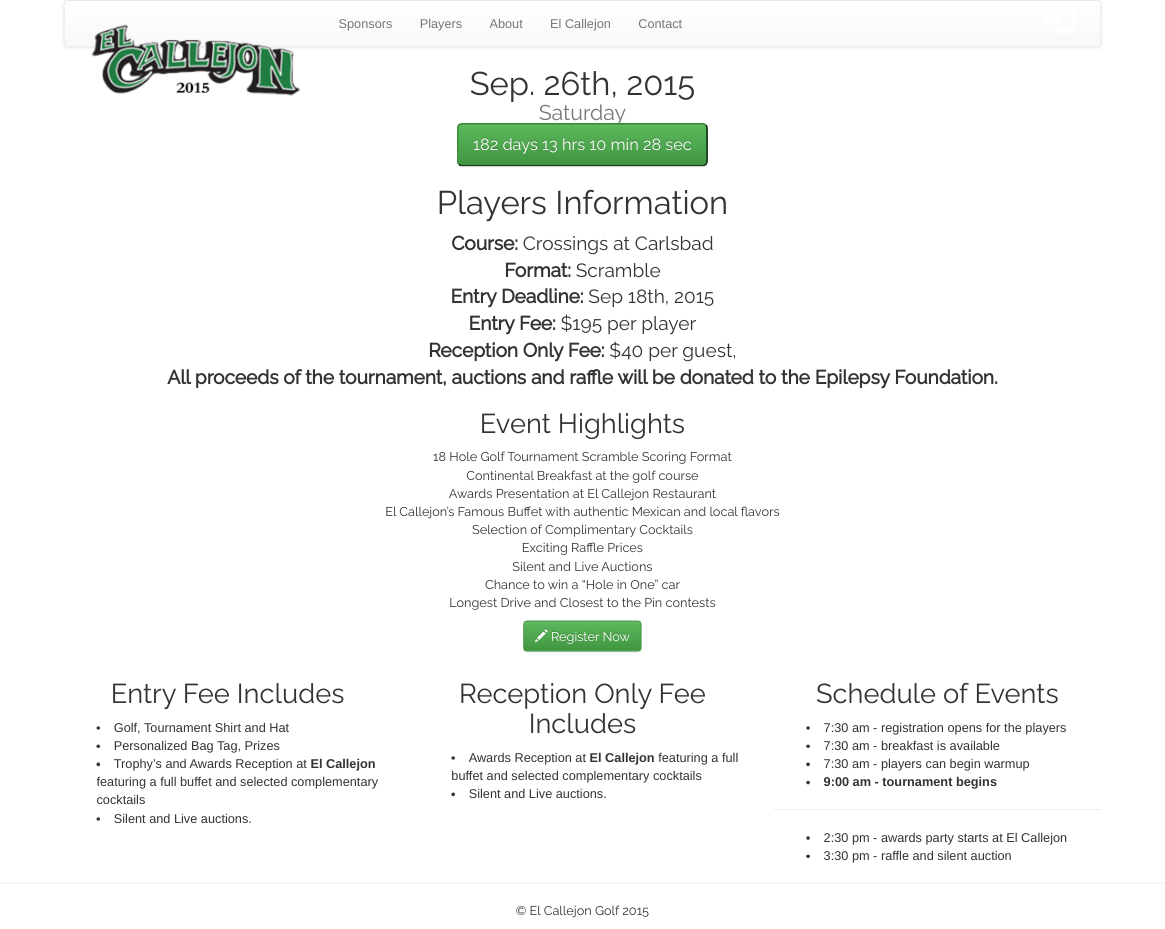
Repository: rojour/callejongolf
Page: register/templates/home/player.html
The author's editor kept a record of every edit. The page is drawn from the files as they stood at one moment, then again after the next edit.
The browser window is 1280 px wide. The pictures show the whole page, at 91% of full size.
Some web libraries are served in a nearby version. The template is drawn by Django 2.2. The application's start-up code is not run. Other server files are loaded and not shown. The template is opened directly, without the code that normally fills it, so the values that code supplies are empty.

Above is the page before.

### register/templates/home/player.html
{% extends 'home/home_base.html' %}
{% block content %}

  <div class="text-center">
    <h1>Players Information</h1>
    <p class="lead"><strong>Course:</strong> Crossings at Carlsbad<br><strong>Format:</strong> Scramble<br><strong>Entry Deadline:</strong> Sep 18th, 2015<br><strong>Entry Fee:</strong> $195 per player<br><strong>Reception Only Fee:</strong> $40 per guest,<br><strong>All proceeds of the tournament, auctions and raffle will be donated to the Epilepsy Foundation.</strong></p>
    <h2>Event Highlights</h2>
    <p>18 Hole Golf  Tournament Scramble Scoring Format<br>Continental Breakfast at the golf course<br>Awards Presentation at El Callejon Restaurant<br>El Callejon’s Famous Buffet with authentic Mexican and local flavors<br>Selection of Complimentary Cocktails<br>Exciting Raffle Prices<br>Silent and Live Auctions<br>Chance to win a “Hole in One” car<br>Longest Drive and Closest to the Pin contests</p>

    <p><a href="{% url 'register.views.player_new' %}" class="btn btn-large btn-success"><span class="glyphicon glyphicon-pencil"></span> Register Now</a></p>
  </div>
  <div class="container marketing">
    <div class="row">
      <div class="col-md-4">
        <h2 class=" text-center">Entry Fee Includes</h2>
          <li style=margin-left:10% >Golf, Tournament Shirt and Hat</li>
          <li style=margin-left:10% >Personalized Bag Tag, Prizes</li>
          <li style=margin-left:10% >Trophy’s  and  Awards Reception at <strong>El Callejon</strong> featuring a full buffet and selected complementary cocktails</li>
          <li style=margin-left:10% >Silent and Live auctions.</li>
      </div>
      <div class="col-md-4">
        <h2 class=" text-center">Reception Only Fee Includes</h2>
          <li style=margin-left:10% >Awards Reception at <strong>El Callejon</strong> featuring a full buffet and selected complementary cocktails</li>
          <li style=margin-left:10% >Silent and Live auctions.</li>
      </div>
      <div class="col-md-4">
        <h2 class=" text-center">Schedule of Events</h2>
			  <li style=margin-left:10% >7:30 am - registration opens for the players</li>
			  <li style=margin-left:10% >7:30 am - breakfast is available</li>
			  <li style=margin-left:10% >7:30 am - players can begin warmup</li>
			  <li style=margin-left:10% ><strong>9:00 am - tournament begins</strong></li>
			  <hr>
			  <li style=margin-left:10% >2:30 pm - awards party starts at El Callejon</li>
			  <li style=margin-left:10% >3:30 pm - raffle and silent auction</li>
      </div>
    </div>
  </div> <!-- /container -->

{% endblock %}

### register/templates/home/home_base.html
{% load staticfiles %}

<html lang="en">
  <head>
   <meta http-equiv="X-UA-Compatible" content="IE=edge,chrome=1">
   <meta charset="utf-8">
   <meta name="viewport" content="width=device-width, initial-scale=1.0">
   <meta name="description" content="">
   <meta name="author" content="">

   <title>El Callejon Golf Registration/Information Page.</title>

   <!-- Bootstrap core CSS -->
   <link rel="stylesheet" href="https://maxcdn.bootstrapcdn.com/bootstrap/3.3.4/css/bootstrap.min.css">
   <link rel="stylesheet" href="https://maxcdn.bootstrapcdn.com/bootstrap/3.3.4/css/bootstrap-theme.min.css">

   <link rel="stylesheet" href="{% static 'css/register.css' %}">
   <link href="//fonts.googleapis.com/css?family=Raleway&subset=latin,latin-ext" rel="stylesheet" type="text/css">
   <link rel="stylesheet" href="../../static/css/themes/default/default.css" type="text/css" media="screen" />
   <link rel="stylesheet" href="../../static/css/themes/light/light.css" type="text/css" media="screen" />
   <link rel="stylesheet" href="../../static/css/themes/dark/dark.css" type="text/css" media="screen" />
   <link rel="stylesheet" href="../../static/css/themes/bar/bar.css" type="text/css" media="screen" />
   <link rel="stylesheet" href="../../static/css/nivo-slider.css" type="text/css" media="screen" />


   <!-- Custom styles for this template -->

 </head>

 <body>

   {% include 'home/navbar.html' %}

   <h1 class="text-center">Sep. 26th, 2015<br><small class="text-muted">Saturday</small><br><button type="button" class="btn-lg btn-success"><span id="countdown"></span></button></h1>

   {% block content %}
   {% endblock %}

   <hr>
   <!-- Site footer -->
   <div class="footer">
      <p class="text-center">&copy; El Callejon Golf 2015</p>
   </div>

   </body>

    <!-- Bootstrap core JavaScript
    ================================================== -->
    <!-- Placed at the end of the document so the pages load faster -->
	<script src="http://code.jquery.com/jquery-1.11.0.min.js" ></script>
   <script src="https://maxcdn.bootstrapcdn.com/bootstrap/3.3.4/js/bootstrap.min.js"></script>

   <script src="../../static/js/countdown.js"></script>
	<script src="../../static/js/waypoints.js" ></script>
	<script src="../../static/js/waypoints-sticky.js" ></script>

	<script type="text/javascript" >
		$(document).ready(function() {
			$('.my-sticky-element').waypoint('sticky');
			});
	</script>

	 <script type="text/javascript" src="../../static/js/jquery.nivo.slider.js"></script>
    <script type="text/javascript">
    $(window).load(function() {
        $('#slider').nivoSlider();
    });
    </script>


</html>

### register/templates/home/navbar.html
{% load staticfiles %}


<!-- NAVBAR
================================================== -->
   <div class="navbar-wrapper">
      <div class="container">
         <div class="my-sticky-element navbar navbar-default">
            <div class="container">
               <div class="navbar-header">
                  <button type="button" class="navbar-toggle" data-toggle="collapse" data-target=".navbar-collapse">
                  <span class="icon-bar"></span>
                  <span class="icon-bar"></span>
                  <span class="icon-bar"></span>
                  </button>
                  <a class="navbar-brand" href="{% url 'home.views.index' %}"><img class="img-responsive" src="../../static/img/logos/Golf Logo 2015.png"></a>
               </div>
               <div class="navbar-collapse collapse">
                  <ul class="nav navbar-nav">
                     <li><a href="{% url 'home.views.sponsors' %}">Sponsors</a></li>
                     <li><a href="{% url 'home.views.players' %}">Players</a></li>
                     <li><a href="#">About</a></li>
                     <li><a href="http://www.el-callejon.com">El Callejon</a></li>
                     <li><a href="{% url 'home.views.contactus' %}">Contact</a></li>
			         </ul>
			         <ul style=margin-right:1% class="nav navbar-nav navbar-right">

			   {% if user.is_authenticated %}
            <a href="{% url 'home.views.management' %}" class="top-menu"><span class="glyphicon glyphicon-edit"></span></a>
            <li class="text-center"><small>Hello {{ user.username }}<br>(<a href="{% url 'django.contrib.auth.views.logout' %}">Log out</a>)</small></li>
            {% else %}
            <a href="{% url 'django.contrib.auth.views.login' %}" class="top-menu"><span class="glyphicon glyphicon-log-in"></span></a>
            {% endif %}
                  </ul>
               </div>
            </div>
         </div>
      </div>
   </div>

### static/css/register.css
.page-header {
    background-color: #227C45;
    margin-top: 0;
    padding: 20px 20px 20px 40px;
}

.page-header h1, .page-header h1 a, .page-header h1 a:visited, .page-header h1 a:active {
    color: #ffffff;
    font-size: 36pt;
    text-decoration: none;
}

.page-header p {
    color: #ffffff;
    margin-left: 90px;
}

a {
    color: black;
}

.content {
    margin-left: 80px;
}

h1, h2, h3, h4, p {
    font-family:'Raleway';
}

.date {
    float: right;
    color: #828282;
}

.save {
    float: right;
}

.player-form textarea, .player-form input {
    width: 100%;
}


.top-menu, .top-menu:hover, .top-menu:visited {
    color: #ffffff;
    float: right;
    font-size: 26pt;
    margin-right: 20px;
}

.player {
    margin-bottom: 70px;
}

.player h1 a, .player h1 a:visited {
    color: #000000;
}

### static/css/themes/default/default.css
/*
Skin Name: Nivo Slider Default Theme
Skin URI: http://nivo.dev7studios.com
Description: The default skin for the Nivo Slider.
Version: 1.3
Author: Gilbert Pellegrom
Author URI: http://dev7studios.com
Supports Thumbs: true
*/

.theme-default .nivoSlider {
	position:relative;
	background:#fff url(loading.gif) no-repeat 50% 50%;
    margin-bottom:10px;
    -webkit-box-shadow: 0px 1px 5px 0px #4a4a4a;
    -moz-box-shadow: 0px 1px 5px 0px #4a4a4a;
    box-shadow: 0px 1px 5px 0px #4a4a4a;
}
.theme-default .nivoSlider img {
	position:absolute;
	top:0px;
	left:0px;
	display:none;
}
.theme-default .nivoSlider a {
	border:0;
	display:block;
}

.theme-default .nivo-controlNav {
	text-align: center;
	padding: 20px 0;
}
.theme-default .nivo-controlNav a {
	display:inline-block;
	width:22px;
	height:22px;
	background:url(bullets.png) no-repeat;
	text-indent:-9999px;
	border:0;
	margin: 0 2px;
}
.theme-default .nivo-controlNav a.active {
	background-position:0 -22px;
}

.theme-default .nivo-directionNav a {
	display:block;
	width:30px;
	height:30px;
	background:url(arrows.png) no-repeat;
	text-indent:-9999px;
	border:0;
	opacity: 0;
	-webkit-transition: all 200ms ease-in-out;
    -moz-transition: all 200ms ease-in-out;
    -o-transition: all 200ms ease-in-out;
    transition: all 200ms ease-in-out;
}
.theme-default:hover .nivo-directionNav a { opacity: 1; }
.theme-default a.nivo-nextNav {
	background-position:-30px 0;
	right:15px;
}
.theme-default a.nivo-prevNav {
	left:15px;
}

.theme-default .nivo-caption {
    font-family: Helvetica, Arial, sans-serif;
}
.theme-default .nivo-caption a {
    color:#fff;
    border-bottom:1px dotted #fff;
}
.theme-default .nivo-caption a:hover {
    color:#fff;
}

.theme-default .nivo-controlNav.nivo-thumbs-enabled {
	width: 100%;
}
.theme-default .nivo-controlNav.nivo-thumbs-enabled a {
	width: auto;
	height: auto;
	background: none;
	margin-bottom: 5px;
}
.theme-default .nivo-controlNav.nivo-thumbs-enabled img {
	display: block;
	width: 120px;
	height: auto;
}

### static/css/themes/light/light.css
/*
Skin Name: Nivo Slider Light Theme
Skin URI: http://nivo.dev7studios.com
Description: A light skin for the Nivo Slider.
Version: 1.0
Author: Gilbert Pellegrom
Author URI: http://dev7studios.com
Supports Thumbs: true
*/

.theme-light.slider-wrapper {
    background: #fff;
    padding: 10px;
}
.theme-light .nivoSlider {
	position:relative;
	background:#fff url(loading.gif) no-repeat 50% 50%;
    margin-bottom:10px;
    overflow: visible;
}
.theme-light .nivoSlider img {
	position:absolute;
	top:0px;
	left:0px;
	display:none;
}
.theme-light .nivoSlider a {
	border:0;
	display:block;
}

.theme-light .nivo-controlNav {
	text-align: left;
	padding: 0;
	position: relative;
	z-index: 10;
}
.theme-light .nivo-controlNav a {
	display:inline-block;
	width:10px;
	height:10px;
	background:url(bullets.png) no-repeat;
	text-indent:-9999px;
	border:0;
	margin: 0 2px;
}
.theme-light .nivo-controlNav a.active {
	background-position:0 100%;
}

.theme-light .nivo-directionNav a {
	display:block;
	width:30px;
	height:30px;
	background: url(arrows.png) no-repeat;
	text-indent:-9999px;
	border:0;
	top: auto;
	bottom: -36px;
	z-index: 11;
}
.theme-light .nivo-directionNav a:hover {
    background-color: #eee;
    -webkit-border-radius: 2px;
    -moz-border-radius: 2px;
    border-radius: 2px;
}
.theme-light a.nivo-nextNav {
	background-position:160% 50%;
	right:0px;
}
.theme-light a.nivo-prevNav {
    background-position:-60% 50%;
    left: auto;
	right: 35px;
}

.theme-light .nivo-caption {
    font-family: Helvetica, Arial, sans-serif;
}
.theme-light .nivo-caption a {
    color:#fff;
    border-bottom:1px dotted #fff;
}
.theme-light .nivo-caption a:hover {
    color:#fff;
}

.theme-light .nivo-controlNav.nivo-thumbs-enabled {
	width: 80%;
}
.theme-light .nivo-controlNav.nivo-thumbs-enabled a {
	width: auto;
	height: auto;
	background: none;
	margin-bottom: 5px;
}
.theme-light .nivo-controlNav.nivo-thumbs-enabled img {
	display: block;
	width: 120px;
	height: auto;
}

### static/css/themes/dark/dark.css
/*
Skin Name: Nivo Slider Dark Theme
Skin URI: http://nivo.dev7studios.com
Description: A dark skin for the Nivo Slider.
Version: 1.0
Author: Gilbert Pellegrom
Author URI: http://dev7studios.com
Supports Thumbs: true
*/

.theme-dark.slider-wrapper {
    background: #222;
    padding: 10px;
}
.theme-dark .nivoSlider {
	position:relative;
	background:#fff url(loading.gif) no-repeat 50% 50%;
    margin-bottom:10px;
    overflow: visible;
}
.theme-dark .nivoSlider img {
	position:absolute;
	top:0px;
	left:0px;
	display:none;
}
.theme-dark .nivoSlider a {
	border:0;
	display:block;
}

.theme-dark .nivo-controlNav {
	text-align: left;
	padding: 0;
	position: relative;
	z-index: 10;
}
.theme-dark .nivo-controlNav a {
	display:inline-block;
	width:10px;
	height:10px;
	background:url(bullets.png) no-repeat 0 2px;
	text-indent:-9999px;
	border:0;
	margin: 0 2px;
}
.theme-dark .nivo-controlNav a.active {
	background-position:0 100%;
}

.theme-dark .nivo-directionNav a {
	display:block;
	width:30px;
	height:30px;
	background: url(arrows.png) no-repeat;
	text-indent:-9999px;
	border:0;
	top: auto;
	bottom: -36px;
	z-index: 11;
}
.theme-dark .nivo-directionNav a:hover {
    background-color: #333;
    -webkit-border-radius: 2px;
    -moz-border-radius: 2px;
    border-radius: 2px;
}
.theme-dark a.nivo-nextNav {
	background-position:-16px 50%;
	right:0px;
}
.theme-dark a.nivo-prevNav {
    background-position:11px 50%;
    left: auto;
	right: 35px;
}

.theme-dark .nivo-caption {
    font-family: Helvetica, Arial, sans-serif;
}
.theme-dark .nivo-caption a {
    color:#fff;
    border-bottom:1px dotted #fff;
}
.theme-dark .nivo-caption a:hover {
    color:#fff;
}

.theme-dark .nivo-controlNav.nivo-thumbs-enabled {
	width: 80%;
}
.theme-dark .nivo-controlNav.nivo-thumbs-enabled a {
	width: auto;
	height: auto;
	background: none;
	margin-bottom: 5px;
}
.theme-dark .nivo-controlNav.nivo-thumbs-enabled img {
	display: block;
	width: 120px;
	height: auto;
}

### static/css/themes/bar/bar.css
/*
Skin Name: Nivo Slider Bar Theme
Skin URI: http://nivo.dev7studios.com
Description: The bottom bar skin for the Nivo Slider.
Version: 1.0
Author: Gilbert Pellegrom
Author URI: http://dev7studios.com
Supports Thumbs: false
*/

.theme-bar.slider-wrapper {
    position: relative;
    border: 1px solid #333;
    overflow: hidden;
}
.theme-bar .nivoSlider {
	position:relative;
	background:#fff url(loading.gif) no-repeat 50% 50%;
}
.theme-bar .nivoSlider img {
	position:absolute;
	top:0px;
	left:0px;
	display:none;
}
.theme-bar .nivoSlider a {
	border:0;
	display:block;
}

.theme-bar .nivo-controlNav {
    position: absolute;
    left: 0;
    bottom: -41px;
    z-index: 10;
    width: 100%;
    height: 30px;
	text-align: center;
	padding: 5px 0;
	border-top: 1px solid #333;
	background: #333;
    background: -moz-linear-gradient(top,  #565656 0%, #333333 100%); /* FF3.6+ */
    background: -webkit-gradient(linear, left top, left bottom, color-stop(0%,#565656), color-stop(100%,#333333)); /* Chrome,Safari4+ */
    background: -webkit-linear-gradient(top,  #565656 0%,#333333 100%); /* Chrome10+,Safari5.1+ */
    background: -o-linear-gradient(top,  #565656 0%,#333333 100%); /* Opera 11.10+ */
    background: -ms-linear-gradient(top,  #565656 0%,#333333 100%); /* IE10+ */
    background: linear-gradient(to bottom,  #565656 0%,#333333 100%); /* W3C */
    filter: progid:DXImageTransform.Microsoft.gradient( startColorstr='#565656', endColorstr='#333333',GradientType=0 ); /* IE6-9 */
    opacity: 0.5;
    -webkit-transition: all 200ms ease-in-out;
    -moz-transition: all 200ms ease-in-out;
    -o-transition: all 200ms ease-in-out;
    transition: all 200ms ease-in-out;
}
.theme-bar:hover .nivo-controlNav {
    bottom: 0;
    opacity: 1;
}
.theme-bar .nivo-controlNav a {
	display:inline-block;
	width:22px;
	height:22px;
	background:url(bullets.png) no-repeat;
	text-indent:-9999px;
	border:0;
	margin: 5px 2px 0 2px;
}
.theme-bar .nivo-controlNav a.active {
	background-position:0 -22px;
}

.theme-bar .nivo-directionNav a {
	display:block;
	border:0;
	color: #fff;
	text-transform: uppercase;
	top: auto;
	bottom: 10px;
	z-index: 11;
	font-family: "Helvetica Neue", Helvetica, Arial, sans-serif;
	font-size: 13px;
	line-height: 20px;
	opacity: 0.5;
    -webkit-transition: all 200ms ease-in-out;
    -moz-transition: all 200ms ease-in-out;
    -o-transition: all 200ms ease-in-out;
    transition: all 200ms ease-in-out;
}
.theme-bar a.nivo-nextNav { right: -50px; }
.theme-bar a.nivo-prevNav { left: -50px; }
.theme-bar:hover a.nivo-nextNav {
    right: 15px;
    opacity: 1;
}
.theme-bar:hover a.nivo-prevNav {
    left: 15px;
    opacity: 1;
}
.theme-bar .nivo-directionNav a:hover { color: #ddd; }

.theme-bar .nivo-caption {
    font-family: Helvetica, Arial, sans-serif;
    -webkit-transition: all 200ms ease-in-out;
    -moz-transition: all 200ms ease-in-out;
    -o-transition: all 200ms ease-in-out;
    transition: all 200ms ease-in-out;
}
.theme-bar:hover .nivo-caption {
    bottom: 41px;
}
.theme-bar .nivo-caption a {
    color:#fff;
    border-bottom:1px dotted #fff;
}
.theme-bar .nivo-caption a:hover {
    color:#fff;
}

.theme-bar .nivo-controlNav.nivo-thumbs-enabled {
	width: 100%;
}
.theme-bar .nivo-controlNav.nivo-thumbs-enabled a {
	width: auto;
	height: auto;
	background: none;
	margin-bottom: 5px;
}
.theme-bar .nivo-controlNav.nivo-thumbs-enabled img {
	display: block;
	width: 120px;
	height: auto;
}

### static/css/nivo-slider.css
/*
 * jQuery Nivo Slider v3.2
 * http://nivo.dev7studios.com
 *
 * Copyright 2012, Dev7studios
 * Free to use and abuse under the MIT license.
 * http://www.opensource.org/licenses/mit-license.php
 */

/* The Nivo Slider styles */
.nivoSlider {
	position:relative;
	width:100%;
	height:auto;
	overflow: hidden;
}
.nivoSlider img {
	position:absolute;
	top:0px;
	left:0px;
	max-width: none;
}
.nivo-main-image {
	display: block !important;
	position: relative !important;
	width: 100% !important;
}

/* If an image is wrapped in a link */
.nivoSlider a.nivo-imageLink {
	position:absolute;
	top:0px;
	left:0px;
	width:100%;
	height:100%;
	border:0;
	padding:0;
	margin:0;
	z-index:6;
	display:none;
	background:white;
	filter:alpha(opacity=0);
	opacity:0;
}
/* The slices and boxes in the Slider */
.nivo-slice {
	display:block;
	position:absolute;
	z-index:5;
	height:100%;
	top:0;
}
.nivo-box {
	display:block;
	position:absolute;
	z-index:5;
	overflow:hidden;
}
.nivo-box img { display:block; }

/* Caption styles */
.nivo-caption {
	position:absolute;
	left:0px;
	bottom:0px;
	background:#000;
	color:#fff;
	width:100%;
	z-index:8;
	padding: 5px 10px;
	opacity: 0.8;
	overflow: hidden;
	display: none;
	-moz-opacity: 0.8;
	filter:alpha(opacity=8);
	-webkit-box-sizing: border-box; /* Safari/Chrome, other WebKit */
	-moz-box-sizing: border-box;    /* Firefox, other Gecko */
	box-sizing: border-box;         /* Opera/IE 8+ */
}
.nivo-caption p {
	padding:5px;
	margin:0;
}
.nivo-caption a {
	display:inline !important;
}
.nivo-html-caption {
    display:none;
}
/* Direction nav styles (e.g. Next & Prev) */
.nivo-directionNav a {
	position:absolute;
	top:45%;
	z-index:9;
	cursor:pointer;
}
.nivo-prevNav {
	left:0px;
}
.nivo-nextNav {
	right:0px;
}
/* Control nav styles (e.g. 1,2,3...) */
.nivo-controlNav {
	text-align:center;
	padding: 15px 0;
}
.nivo-controlNav a {
	cursor:pointer;
}
.nivo-controlNav a.active {
	font-weight:bold;
}

### static/js/countdown.js
// set the date we're counting down to
var target_date = new Date("Sep 26, 2015 9:00:00").getTime();

// variables for time units
var days, hours, minutes, seconds;

// get tag element
var countdown = document.getElementById("countdown");

// update the tag with id "countdown" every 1 second
setInterval(function () {

    // find the amount of "seconds" between now and target
    var current_date = new Date().getTime();
    var seconds_left = (target_date - current_date) / 1000;

    // do some time calculations
    days = parseInt(seconds_left / 86400);
    seconds_left = seconds_left % 86400;

    hours = parseInt(seconds_left / 3600);
    seconds_left = seconds_left % 3600;

    minutes = parseInt(seconds_left / 60);
    seconds = parseInt(seconds_left % 60);

    // format countdown string + set tag value
    countdown.innerHTML = days + " days " + hours + " hrs "
    + minutes + " min " + seconds + " sec ";

}, 1000);

Loaded but not shown: static/js/waypoints.js (common file); static/js/waypoints-sticky.js (common file); static/js/jquery.nivo.slider.js (library)

After the next edit:
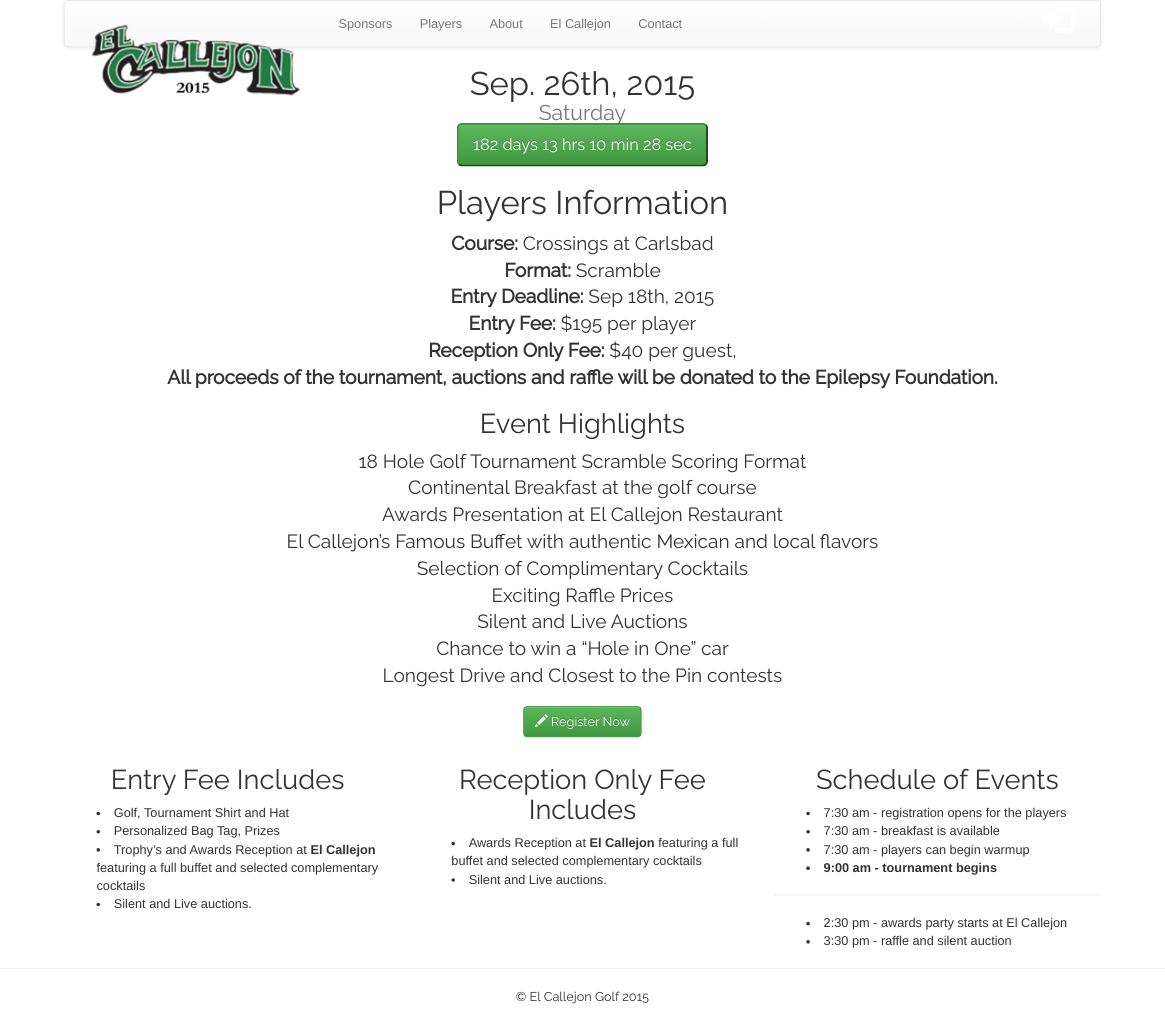
The edit:
--- a/register/templates/home/player.html
+++ b/register/templates/home/player.html
@@ -5,7 +5,7 @@
     <h1>Players Information</h1>
     <p class="lead"><strong>Course:</strong> Crossings at Carlsbad<br><strong>Format:</strong> Scramble<br><strong>Entry Deadline:</strong> Sep 18th, 2015<br><strong>Entry Fee:</strong> $195 per player<br><strong>Reception Only Fee:</strong> $40 per guest,<br><strong>All proceeds of the tournament, auctions and raffle will be donated to the Epilepsy Foundation.</strong></p>
     <h2>Event Highlights</h2>
-    <p>18 Hole Golf  Tournament Scramble Scoring Format<br>Continental Breakfast at the golf course<br>Awards Presentation at El Callejon Restaurant<br>El Callejon’s Famous Buffet with authentic Mexican and local flavors<br>Selection of Complimentary Cocktails<br>Exciting Raffle Prices<br>Silent and Live Auctions<br>Chance to win a “Hole in One” car<br>Longest Drive and Closest to the Pin contests</p>
+    <p class="lead">18 Hole Golf  Tournament Scramble Scoring Format<br>Continental Breakfast at the golf course<br>Awards Presentation at El Callejon Restaurant<br>El Callejon’s Famous Buffet with authentic Mexican and local flavors<br>Selection of Complimentary Cocktails<br>Exciting Raffle Prices<br>Silent and Live Auctions<br>Chance to win a “Hole in One” car<br>Longest Drive and Closest to the Pin contests</p>
 
     <p><a href="{% url 'register.views.player_new' %}" class="btn btn-large btn-success"><span class="glyphicon glyphicon-pencil"></span> Register Now</a></p>
   </div>
